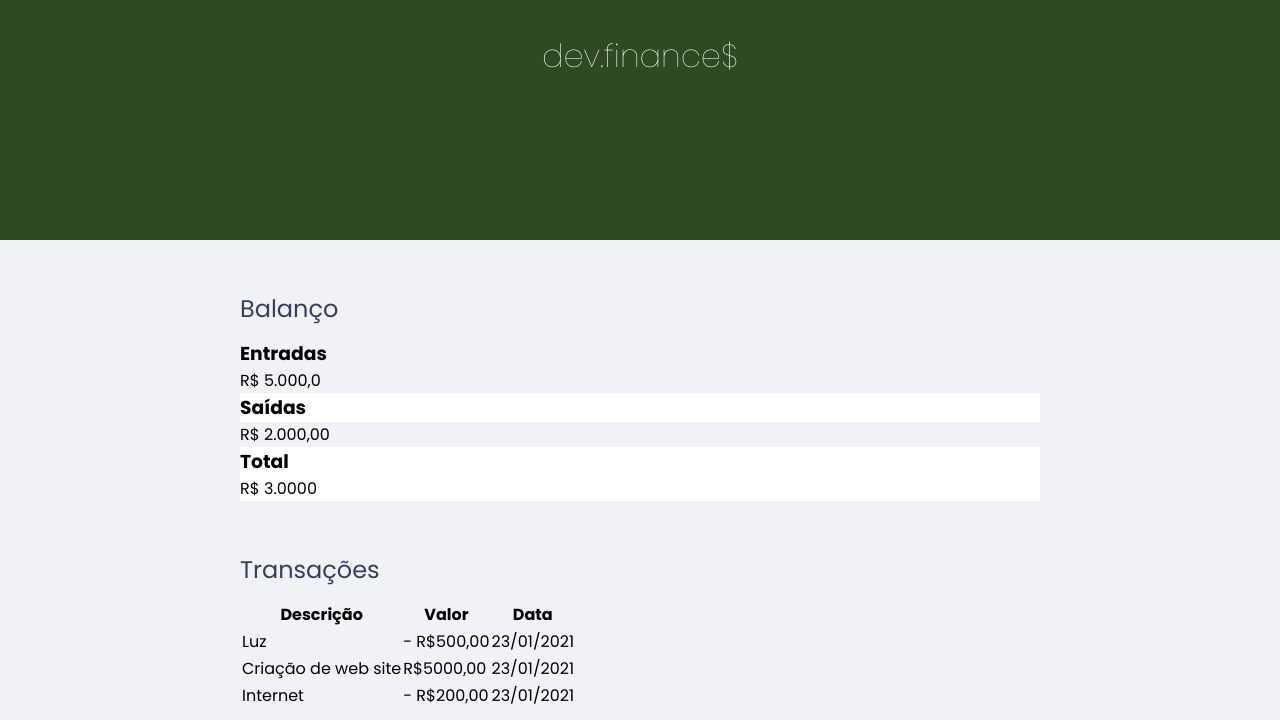
Repository: rafaelmgr12/maratona-dev01
Page: index.html
These files come from the project's save history. The page is drawn as it stood at one moment and after the next save; the edit follows.
The browser window is 1280 px wide. The pictures show the whole page.

Above is the page before, as saved 2021-04-26 20:29:42.

After the next save:
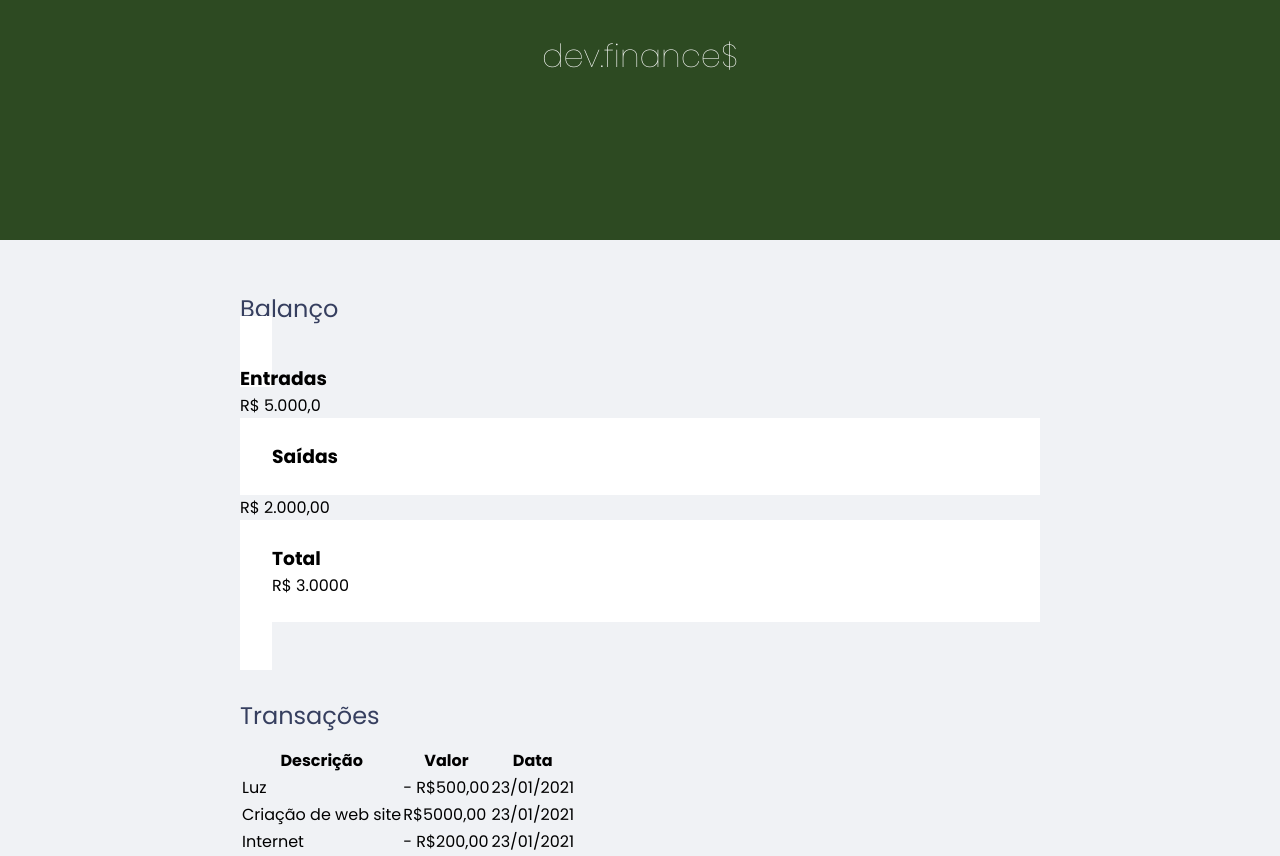
Saved 17 s later.
--- a/style.css
+++ b/style.css
@@ -47,11 +47,10 @@ balance h2 {
 
 /* Cards ======================================== */
 
-.card{background : white;
-
-
+.card {
+  background: white;
+  padding : 1.5rem 2rem;
 }
-
 
 /* footer ======================================== */
 footer {
